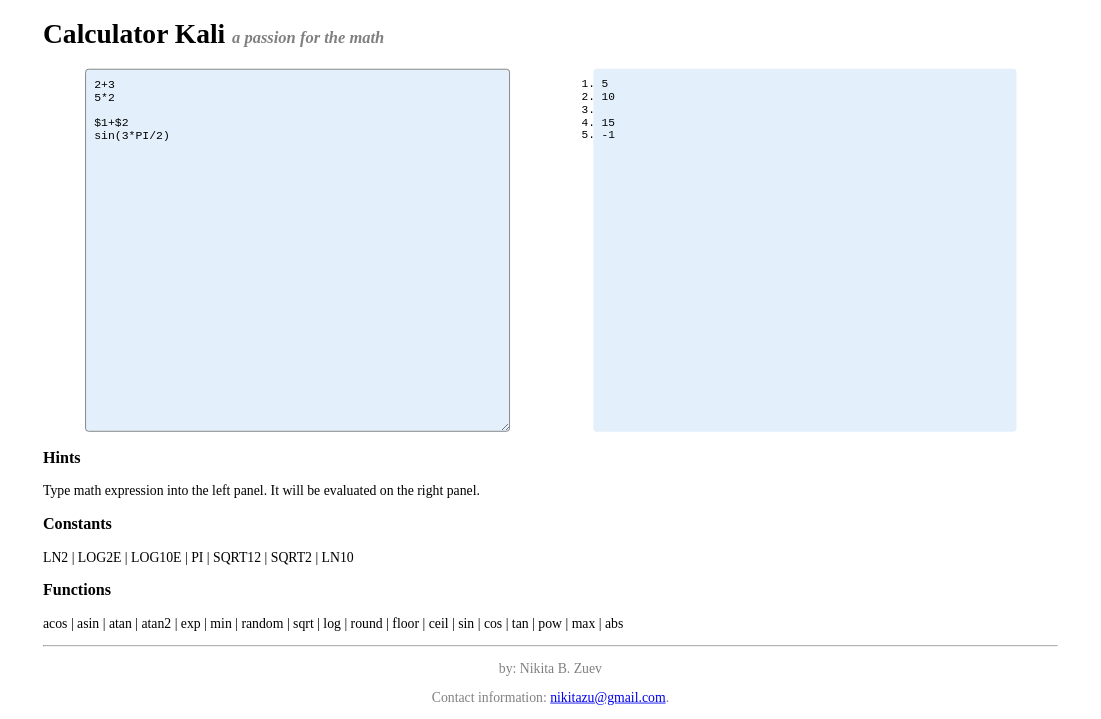
Repository: nikitazu/kali
Page: index.html
The author's editor kept a record of every edit. The page is drawn from the files as they stood at one moment, then again after the next edit.
The browser window is 1280 px wide. The pictures show the whole page, at 86% of full size.

Above is the page before.

### index.html
<!DOCTYPE html>

<html lang="en-us">

<head>
	<meta charset="utf-8">
	<title>Calculator Kali</title>
	<link rel="stylesheet" type="text/css" href="styles/main.css">
</head>

<body>
	<h1>
		Calculator Kali
		<span class="subtitle"> a passion for the math</span>
	</h1>

	<div id="mainContent" class="code-block-holder">
		<textarea
			id="evaluator"
			class="code-block"
			type="textarea"
			name="evaluator"
			v-model="inputText"
			v-on="click: evaluatorInputTextChanged">
		</textarea>

		<div
			id="results"
			class="code-block"
			v-html="inputText | evaluate">
		</div>
	</div>

	<div id="help">

		<h3>Hints</h3>
		<p>
			Type math expression into the left panel.
			It will be evaluated on the right panel.
		</p>

		<h3>Constants</h3>
		<p>
			LN2 | LOG2E | LOG10E | PI | SQRT12 | SQRT2 | LN10
		</p>

		<h3>Functions</h3>
		<p>
			acos | asin | atan | atan2 | exp | min | random | sqrt |
			log | round | floor | ceil | sin | cos | tan | pow | max | abs
		</p>
	</div>

	<footer>
		<hr />
		<p>by: Nikita B. Zuev</p>
		<p>Contact information: <a href="mailto:nikitazu@gmail.com">nikitazu@gmail.com</a>.</p>
	</footer>

	<script src="libs/_bower.js"></script>
	<script src="app/main.js"></script>

</body>
</html>

### styles/main.css
#mainContent {
	font-family: monospace;
}

.code-block-holder {
	display: flex;
	flex-direction: row;
	justify-content: space-around;
}

.code-block {
	background-color: #E3F0FB;
	border-radius: 4px;
	padding: 10px;
	width: 40%;
	min-height: 400px;
}

p.code-block {
	min-height: 30px;
	text-align: center;
	color: gray;
}

#results ol {
	padding: 0;
	margin: 0;
}

body {
	margin-left: 50px;
	margin-right: 50px;
}

h1 .subtitle {
	color: gray;
	font-size: 60%;
	font-style: italic;
}

footer {
	text-align: center;
	color: gray;
}

.buttonStyle {
	border-radius: 4px;
	border: thin solid #F0E020;
	padding: 5px;
	background-color: #F8F094;
	font-family: "Segoe UI", Tahoma, Geneva, Verdana, sans-serif;
	font-weight: bold;
	color: #663300;
	width: 75px;
}

.buttonStyle:hover {
	border: thin solid #FFCC00;
	background-color: #FCF9D6;
	color: #996633;
	cursor: pointer;
}
.buttonStyle:active {
	border: thin solid #99CC00;
	background-color: #F5FFD2;
	color: #669900;
	cursor: pointer;
}

### app/main.js
(function() {


function tryEval(expression, context) {
    try {
        return math.eval(expandContext(expression, context)) || '';
    } catch(e) {
        return e;
    }
}

function expandContext(expression, context) {
    var temp = expression;

    for (var i = 0; i < context.length; i++) {
        var previousResult = context[i];

        temp = temp.replace('$'+(i+1), previousResult);
    }

    return temp;
}


var app = new Vue({
    el: '#mainContent',

    data: {
        inputText: '2+3\n5*2\n\n$1+$2\nsin(3*PI/2)'
    },

    filters: {
        evaluate: function (data) {
            if (typeof(data) == 'undefined') {
                return '';
            }
            var lines = data.split('\n');
            var result = '';
            var context = new Array(lines.length);

            for (var i = 0; i < lines.length; i++) {
                var line = lines[i];
                var processedItem = tryEval(line, context);
                context[i] = processedItem;
                result += ('<li>' + processedItem + '</li>');
            }

            return '<ol>' + result + '</ol>';
        }
    }
});

})();

Loaded but not shown: libs/_bower.js (library)

After the next edit:
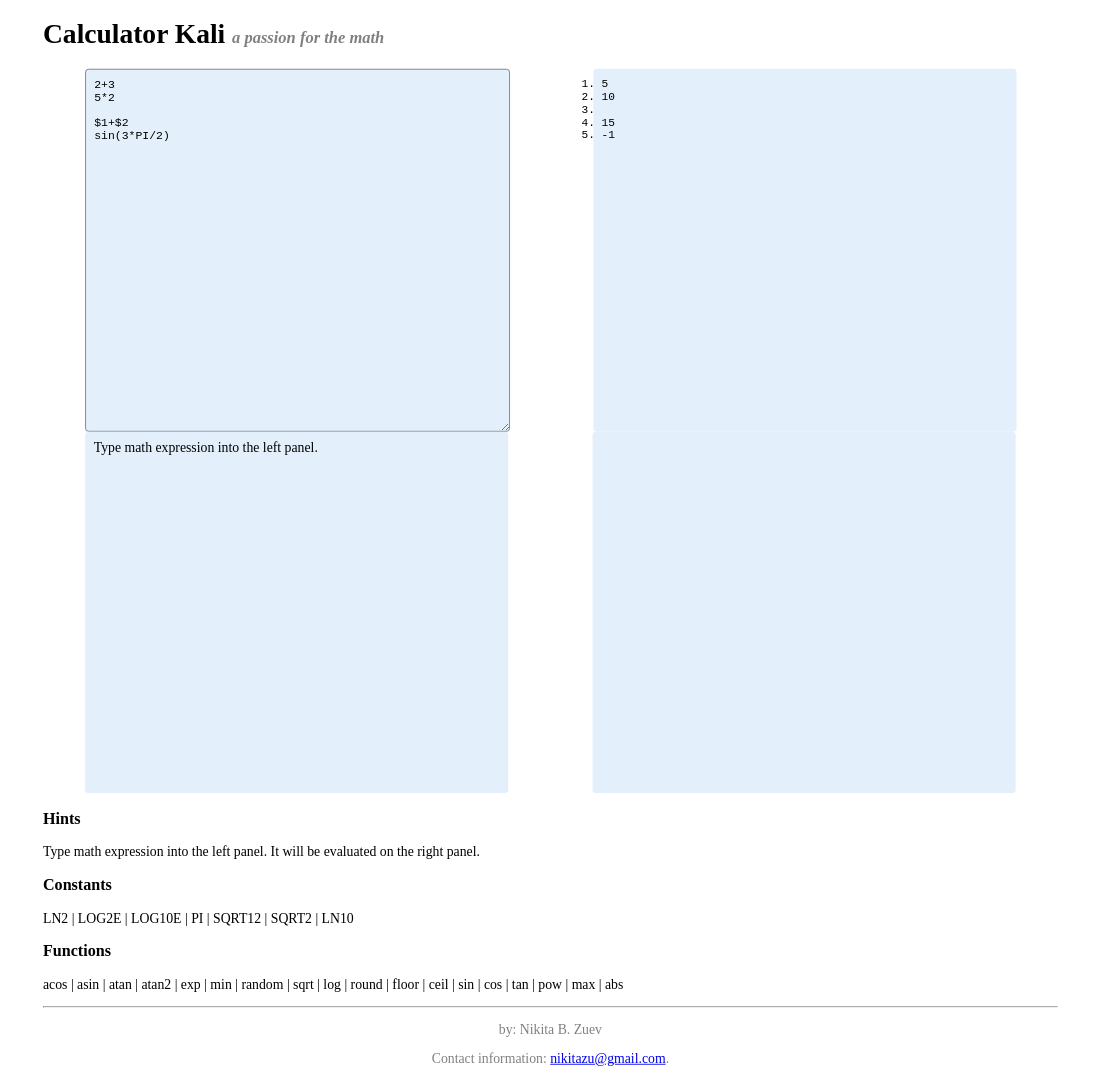
The edit:
--- a/index.html
+++ b/index.html
@@ -28,6 +28,14 @@
 			id="results"
 			class="code-block"
 			v-html="inputText | evaluate">
+		</div>
+	</div>
+
+	<div class="code-block-holder">
+		<div class="code-block">
+			Type math expression into the left panel.
+		</div>
+		<div class="code-block">
 		</div>
 	</div>
 
